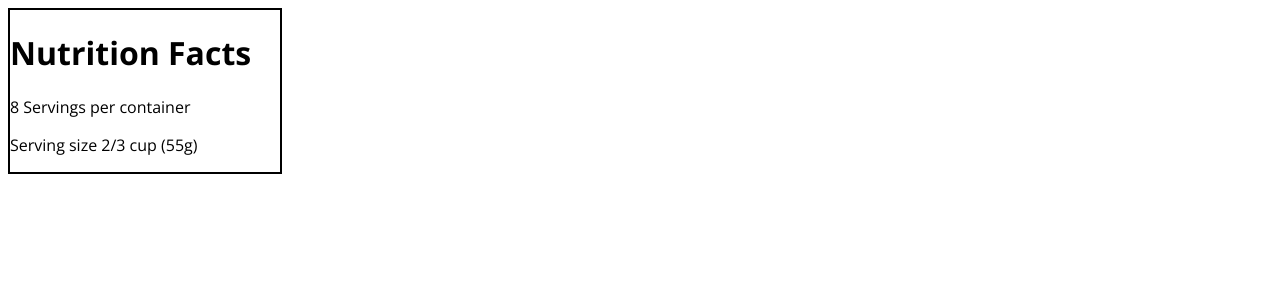
Repository: Lungdjos/typography
Page: index.html
These files come from the project's save history. The page is drawn as it stood at one moment and after a run of saves; the edit follows.
The browser window is 1280 px wide. The pictures show the whole page.

Above is the page before, as saved 2023-10-28 00:50:41.

After the next 4 saves:
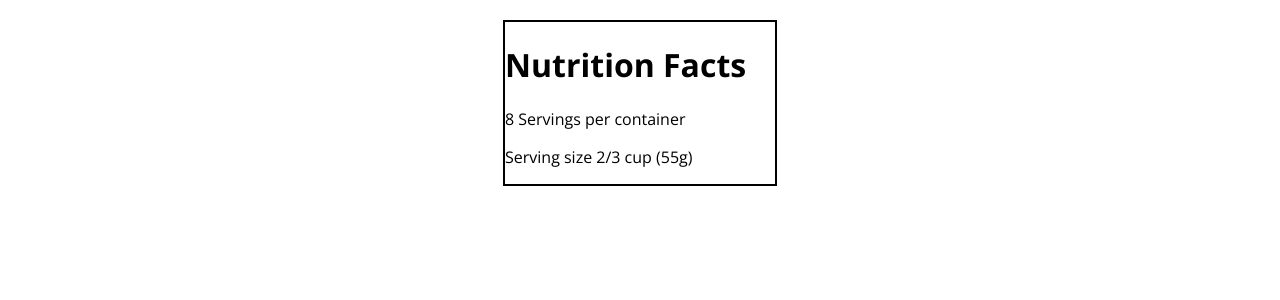
The 4 saves are shown as one change because they came seconds apart.
The last was saved 11 s later.
--- a/styles.css
+++ b/styles.css
@@ -9,5 +9,6 @@ html {
 .label {
     border: 2px solid black;
     width: 270px;
-    margin: 20pxa;
+    margin: 20px auto;
+    padding: 0;
 }
